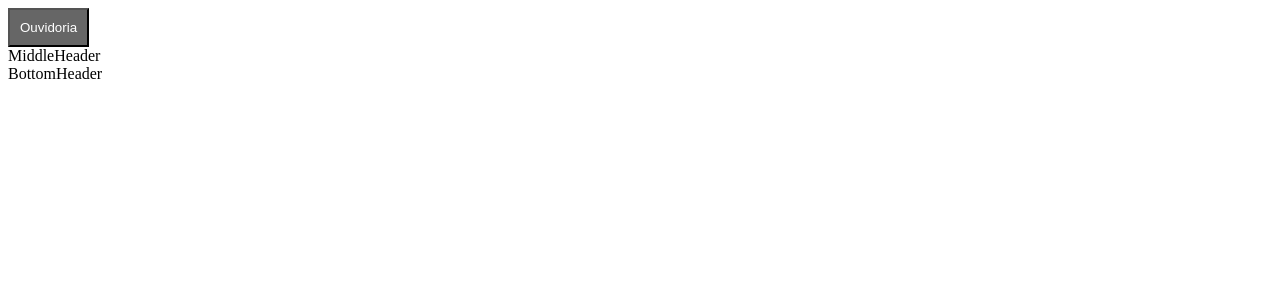
Repository: YuriSarmanho/prodepaSite
Page: / (app in prodepa-site/)
An editor plug-in stored every save of this project. The page is shown before and after the next save, followed by the edit.
The browser window is 1280 px wide. The pictures show the whole page.
The project was rebuilt for these pictures with package versions that can differ from the ones it lists, and the page was loaded fresh each time. Also part of the build but not shown: prodepa-site/src/App.css.

Above is the page before, as saved 2022-12-19 14:19:55.

### prodepa-site/public/index.html
<!DOCTYPE html>
<html lang="en">
  <head>
    <meta charset="utf-8" />
    <link rel="icon" href="%PUBLIC_URL%/favicon.ico" />
    <meta name="viewport" content="width=device-width, initial-scale=1" />
    <meta name="theme-color" content="#000000" />
    <meta
      name="description"
      content="Web site created using create-react-app"
    />
    <link rel="apple-touch-icon" href="%PUBLIC_URL%/logo192.png" />

    <link rel="manifest" href="%PUBLIC_URL%/manifest.json" />
    <title>React App</title>
  </head>
  <body>
    <div id="root"></div>
  </body>
</html>

### prodepa-site/src/App.js
import './App.css';
import Header from './sections/Header'

function App() {
  return (
    <>
      <Header/>
    </>
  );
}

export default App;

### prodepa-site/src/sections/Header/index.jsx
import React from 'react'
import TopHeader from './TopHeader'
import MiddleHeader from './MiddleHeader'
import BottomHeader from './BottomHeader'


function Header() {
  return (
    <>
        <TopHeader/>
        <MiddleHeader/>
        <BottomHeader/>
    </>
  )
}

export default Header

### prodepa-site/src/sections/Header/TopHeader/index.jsx
import React from 'react'
import TopHeaderButton from '../../../components/Buttons/TopHeaderButton'


function TopHeader() {
  return (
    <div>
      <TopHeaderButton children = {'Ouvidoria'}/>
    </div>
  )
}

export default TopHeader

### prodepa-site/src/sections/Header/MiddleHeader/index.jsx
import React from 'react'

function MiddleHeader() {
  return (
    <div>MiddleHeader</div>
  )
}

export default MiddleHeader

### prodepa-site/src/sections/Header/BottomHeader/index.jsx
import React from 'react'

function BottomHeader() {
  return (
    <div>BottomHeader</div>
  )
}

export default BottomHeader

### prodepa-site/src/components/Buttons/TopHeaderButton/index.jsx
import React from 'react'
import './index.css'

function TopHeaderButton(props) {
  return (
    <button className='topHeaderButton'>{props.children}</button>
  )
}

export default TopHeaderButton

### prodepa-site/src/components/Buttons/TopHeaderButton/index.css
.topHeaderButton {
    padding: 10px;
    color: #fff;
    background-color: #666 ;
}

Loaded but not shown: prodepa-site/src/index.js (common file)

After the next save:
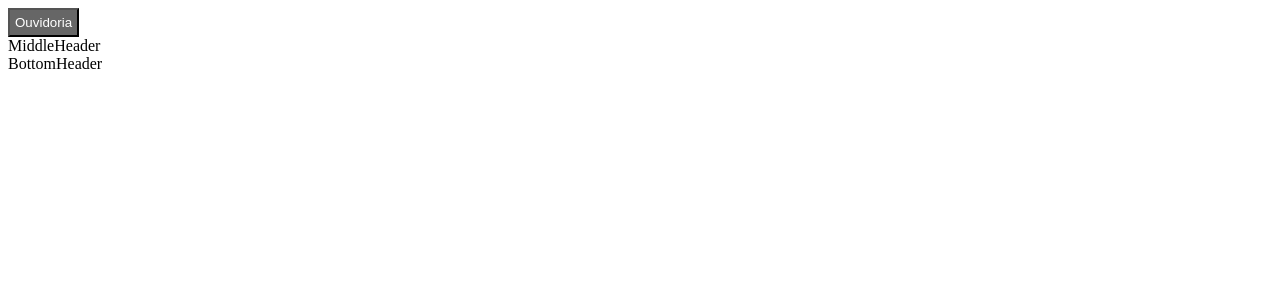
Saved 34 s later.
--- a/prodepa-site/src/components/Buttons/TopHeaderButton/index.css
+++ b/prodepa-site/src/components/Buttons/TopHeaderButton/index.css
@@ -1,5 +1,5 @@
 .topHeaderButton {
-    padding: 10px;
+    padding: 5px;
     color: #fff;
     background-color: #666 ;
 }
